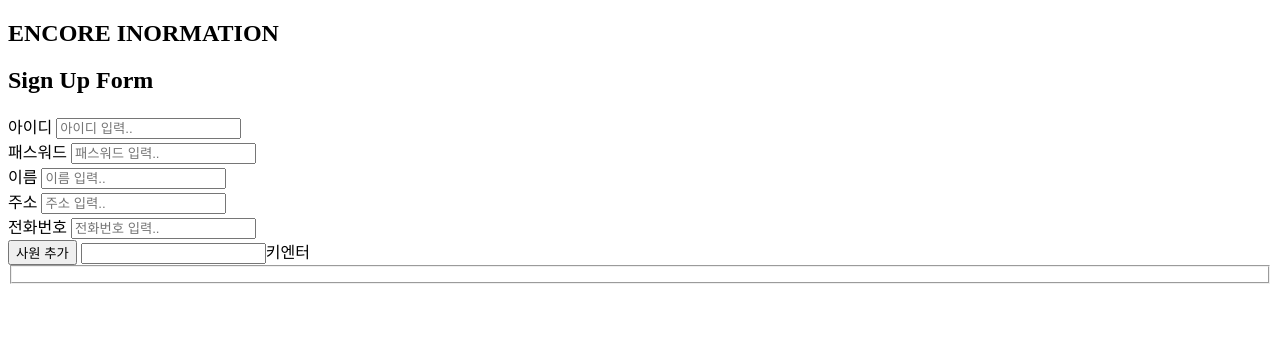
Repository: KangHoi/encore_vueWorkspace
Page: vue03_Event/WebContent/vue10_example.html
An editor plug-in stored every save of this project. The page is shown before and after the next save, followed by the edit.
The browser window is 1280 px wide. The pictures show the whole page.

Above is the page before, as saved 2021-07-13 03:12:33.

After the next save:
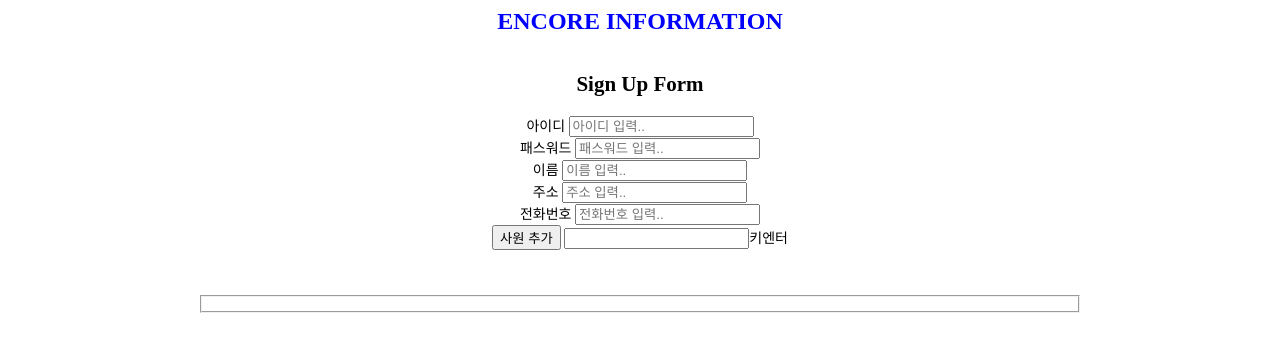
Saved 5 min 9 s later.
--- a/vue03_Event/WebContent/vue10_example.html
+++ b/vue03_Event/WebContent/vue10_example.html
@@ -3,6 +3,14 @@
 <head>
 <meta charset="UTF-8">
 <title>Insert title here</title>
+<style>
+	body {background-color: #ffffff;}
+    #second  > h2 { margin:auto; padding:0px; text-align:center; color: blue;}
+    .red {color: red;}
+    #signup-form{width:70%;height:200px; margin:auto; padding:20px; text-align:center; font-family: serif; font-size: 14px;}
+    #signup-result{width:70%;height:200px; margin:auto; padding:20px; text-align:center; font-family: serif; font-size: 14px;color: red; }
+
+</style>
 <script src="https://cdn.jsdelivr.net/npm/vue/dist/vue.js"></script>
 </head>
 <body>
@@ -59,15 +67,15 @@
 			},
 			methods:{
 				dataCheck(){
-					if(this.id==""){alert(document.getElementById("id").getAttribute("placeholder"));
-					}
+					if(this.id==""){alert(document.getElementById("id").getAttribute("placeholder"));}
+					if(this.password==""){alert(document.getElementById("password").getAttribute("placeholder"));}
 				}
 			}
 		});
 
 		var second = new Vue({
 			el: '#second',
-			data: {title:'ENCORE INORMATION'}
+			data: {title:'ENCORE INFORMATION'}
 		});
 
 </script>
